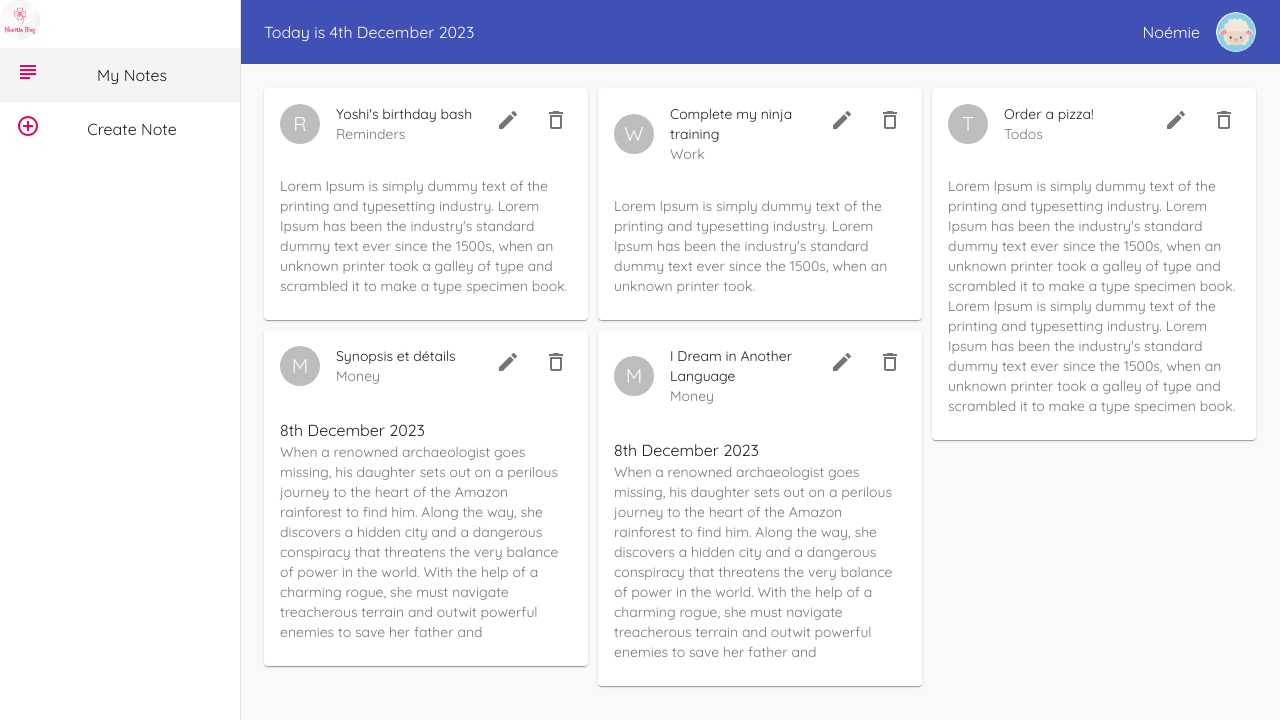
Repository: noemiepham/noemieblognote
Page: /
These files come from the project's save history. The page is drawn as it stood at one moment and after the next save; the edit follows.
The browser window is 1280 px wide. The pictures show the whole page.
The project was rebuilt for these pictures with package versions that can differ from the ones it lists, and the page was loaded fresh each time. Requests to the local data server were answered from the project's data file. Also part of the build but not shown: src/pages/Create.js.

Above is the page before, as saved 2023-12-08 15:28:55.

After the next save:
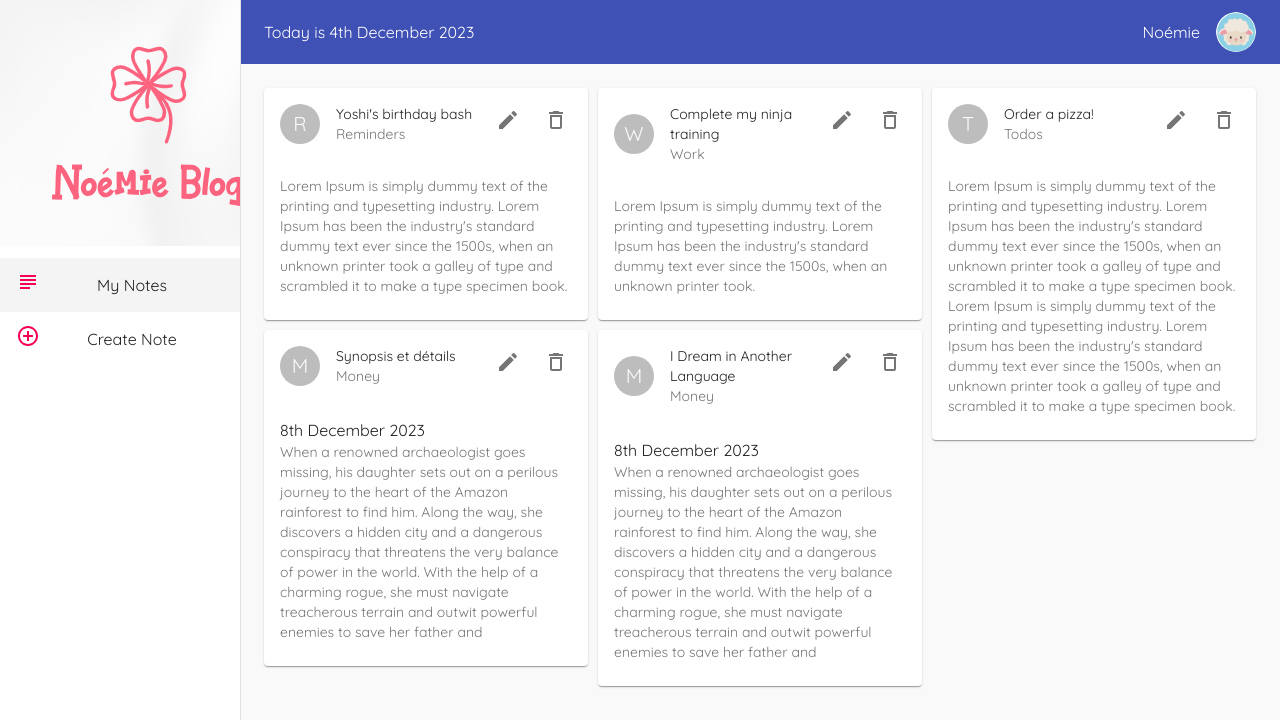
Saved 103 s later.
--- a/src/pages/Layout.js
+++ b/src/pages/Layout.js
@@ -80,11 +80,7 @@ function Layout() {
         classes={{ paper: classes.drawerPaper }}
       >
         <div>
-          <Avatar
-            alt="Remy Sharp"
-            src="NoemieBlog.png"
-            sx={{ width: 60, height: 60 }}
-          />
+          <img alt="Remy Sharp" src="NoemieBlog.png" />
         </div>
         <List>
           {menuItems.map((item) => (
